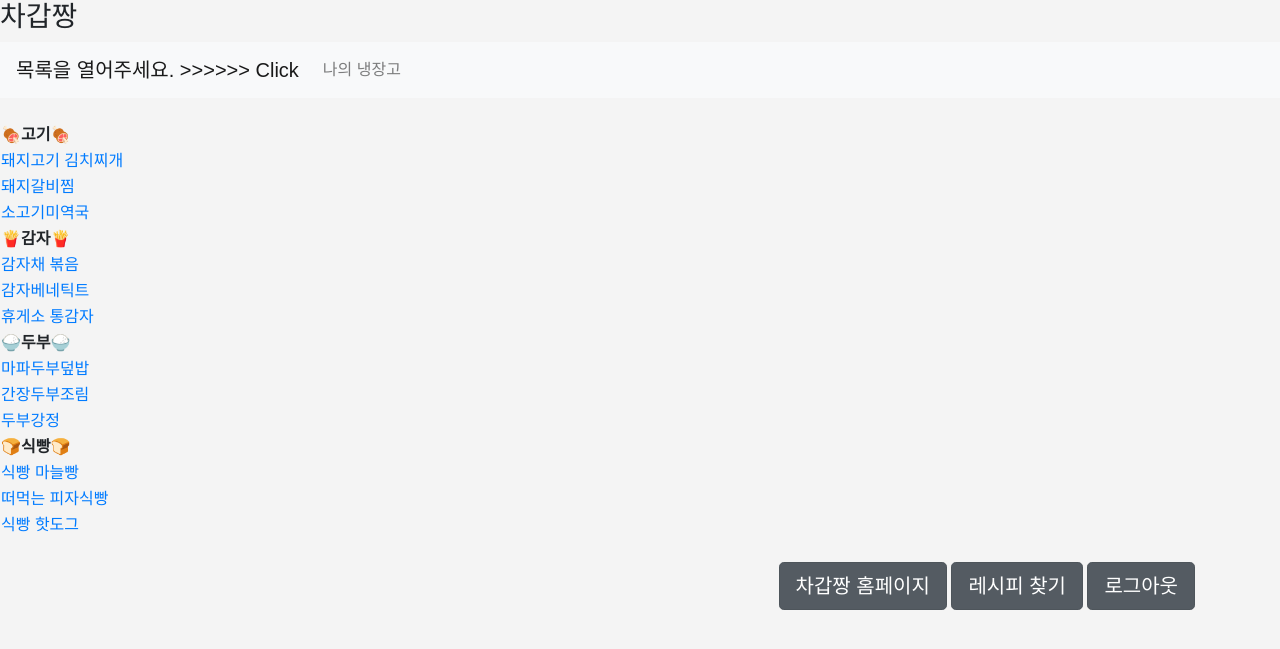
Repository: yousunning/coldzzang-miniproject
Page: http://localhost/cold/WEB-INF/views/potato.jsp
An editor plug-in stored every save of this project. The page is shown before and after the next save, followed by the edit.
The browser window is 1280 px wide. The pictures show the whole page.
The page is served by Tomcat 9. Nobody is signed in. The template is opened directly, without the code that normally fills it, so the values that code supplies are empty.

Above is the page before, as saved 2024-01-23 08:38:25.

After the next save:
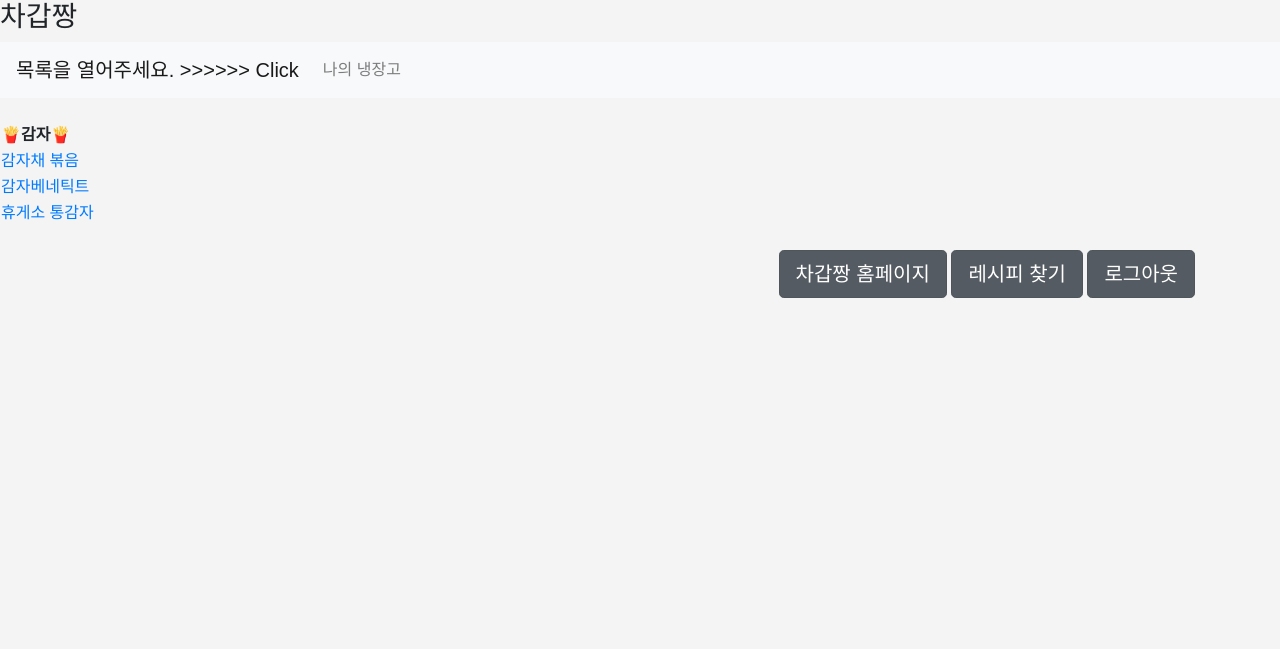
Saved 24 s later.
--- a/cold/src/main/webapp/WEB-INF/views/potato.jsp
+++ b/cold/src/main/webapp/WEB-INF/views/potato.jsp
@@ -37,20 +37,6 @@
    <table>
   <!-- Meat Dishes Section -->
   <tr>
-    <th>🍖고기🍖</th>
-  </tr>
-  <tr>
-    <td><a href="https://www.10000recipe.com/recipe/1785098" role="button" aria-pressed="true">돼지고기 김치찌개</a></td>
-  </tr>
-  <tr>
-    <td><a href="https://www.10000recipe.com/recipe/6872886" role="button" aria-pressed="true">돼지갈비찜</a></td>
-  </tr>
-  <tr>
-    <td><a href="https://www.10000recipe.com/recipe/6873683" role="button" aria-pressed="true">소고기미역국</a></td>
-  </tr>
-
-  <!-- Potato Dishes Section -->
-  <tr>
     <th>🍟감자🍟</th>
   </tr>
   <tr>
@@ -62,28 +48,6 @@
   <tr>
     <td><a href="https://www.10000recipe.com/recipe/6830079" role="button" aria-pressed="true">휴게소 통감자</a></td>
   </tr>
-  <tr>
-  <th>🍚두부🍚</th>
-  </tr>
-  <tr>
-  <td><a href ="https://www.10000recipe.com/recipe/6830294" role="button" aria-pressed="ture">마파두부덮밥</a></td>
-  </tr>
-  <tr>
-  <td><a href ="https://www.10000recipe.com/recipe/6836561" role="button" aria-pressed="ture">간장두부조림</a></td>
-  </tr>
-  <tr>
-  <td><a href ="https://www.10000recipe.com/recipe/6892065" role="button" aria-pressed="ture">두부강정</a></td>
-  </tr>
-    <th>🍞식빵🍞</th>
-  </tr>
-  <tr>
-  <td><a href ="https://www.10000recipe.com/recipe/6833972" role="button" aria-pressed="ture">식빵 마늘빵</a></td>
-  </tr>
-  <tr>
-  <td><a href ="https://www.10000recipe.com/recipe/6882613" role="button" aria-pressed="ture">떠먹는 피자식빵</a></td>
-  </tr>
-  <tr>
-  <td><a href ="https://www.10000recipe.com/recipe/6857983" role="button" aria-pressed="ture">식빵 핫도그</a></td>
   </tr>
 </table>
 
